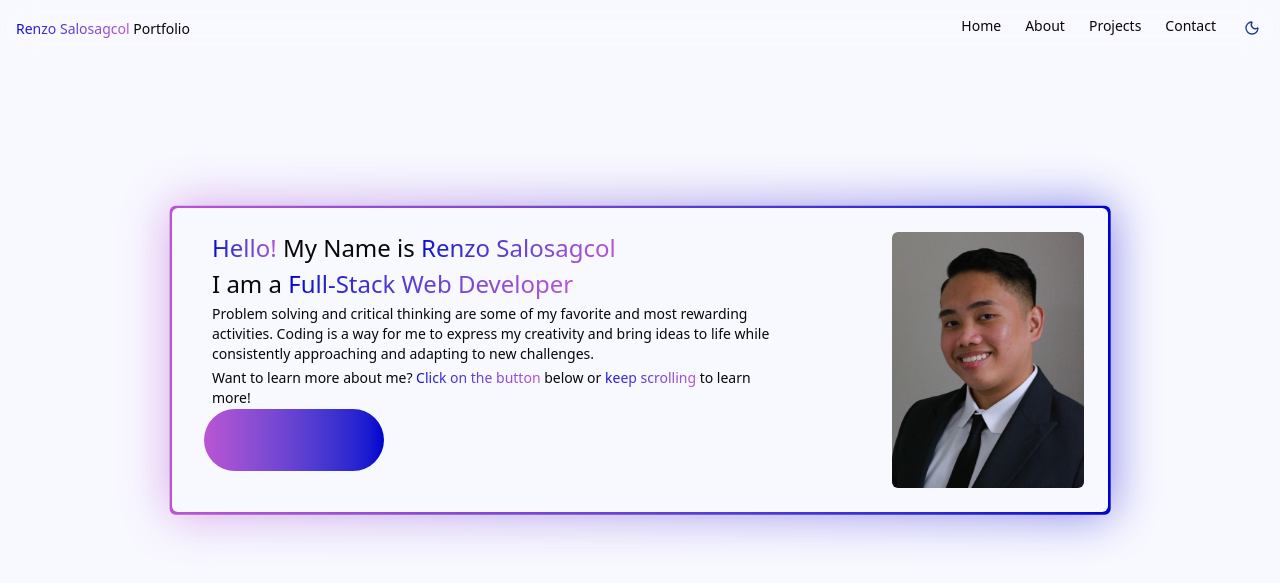
Repository: Renzo-Salosagcol/Updated_Personal_Portfolio
Page: /
An editor plug-in stored every save of this project. The page is shown before and after a run of saves, followed by the edit.
The browser window is 1280 px wide. The pictures show the whole page.
The project was rebuilt for these pictures with package versions that can differ from the ones it lists, and the page was loaded fresh each time. Also part of the build but not shown: vite.config.js, src/pages/NotFound.jsx.

Above is the page before, as saved 2025-10-09 20:30:15.

After the next 2 saves:
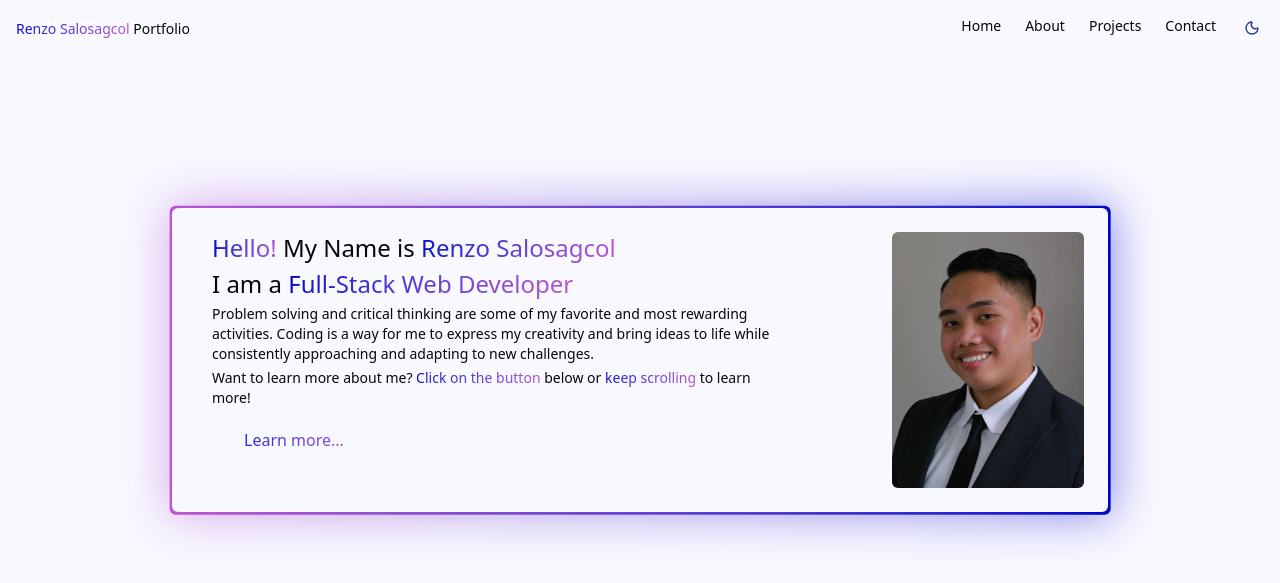
The 2 saves are shown as one change because they came seconds apart.
The last was saved 9 s later.
--- a/src/index.css
+++ b/src/index.css
@@ -90,7 +90,7 @@
 }
 
 @utility gradient-button {
-  @apply relative flex justify-center items-center rounded-full py-[1em] px-[2em] bg-background z-1 border-none gradient-text hover:cursor-pointer after:after-gradient-button;
+  @apply relative flex justify-center items-center rounded-full py-[1em] px-[2em] bg-background border-none gradient-text hover:cursor-pointer after:after-gradient-button;
 }
 
 @utility gradient-border {

After the save that followed:
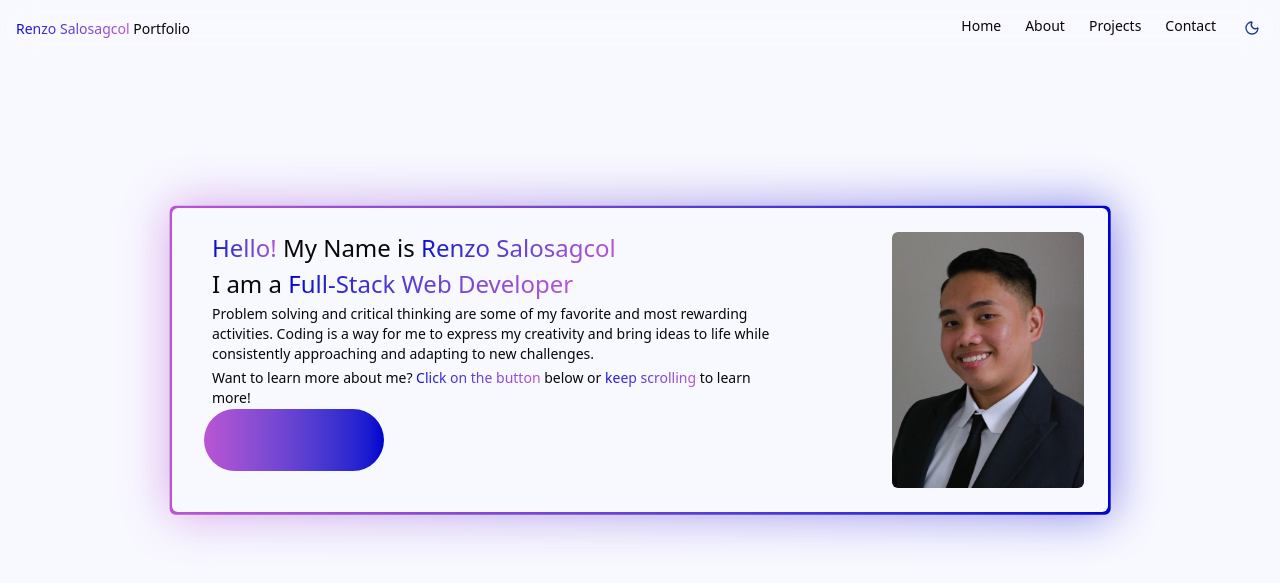
Saved 10 s later.
--- a/src/index.css
+++ b/src/index.css
@@ -82,7 +82,7 @@
 }
 
 @utility after-gradient-button {
-  @apply absolute h-[110%] w-[110%] rounded-full bg-gradient-to-l from-primary to-secondary -z-10;
+  @apply absolute h-[110%] w-[110%] rounded-full bg-gradient-to-l from-primary to-secondary z-0;
 }
 
 @utility gradient-text {
